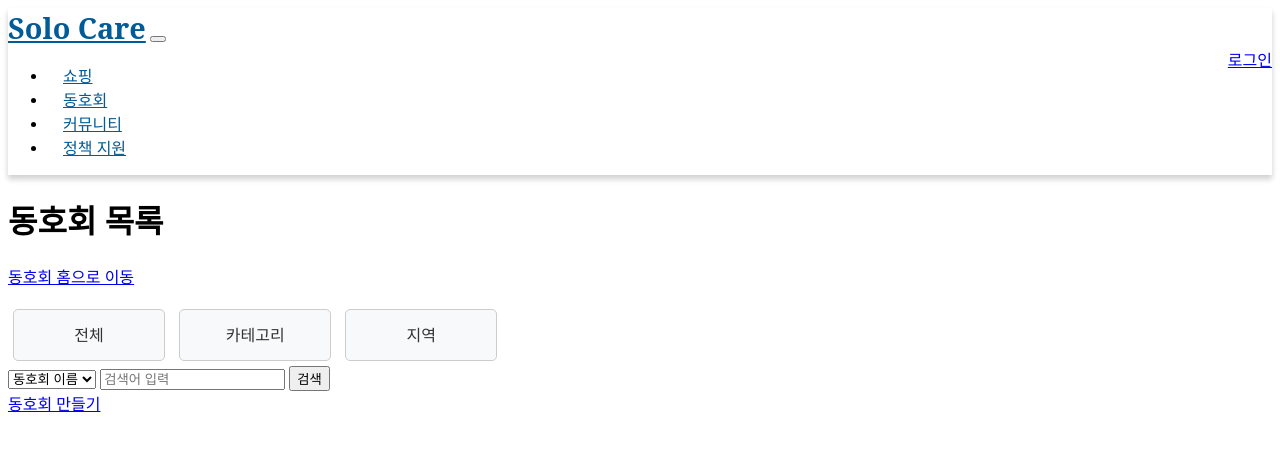
Repository: HB1112/cloud
Page: http://localhost/Solocare/WEB-INF/views/club/clubList.jsp
An editor plug-in stored every save of this project. The page is shown before and after the next save, followed by the edit.
The browser window is 1280 px wide. The pictures show the whole page.
The page is served by Tomcat 9. Nobody is signed in. The template is opened directly, without the code that normally fills it, so the values that code supplies are empty.

Above is the page before, as saved 2024-12-24 01:45:10.

After the next save:
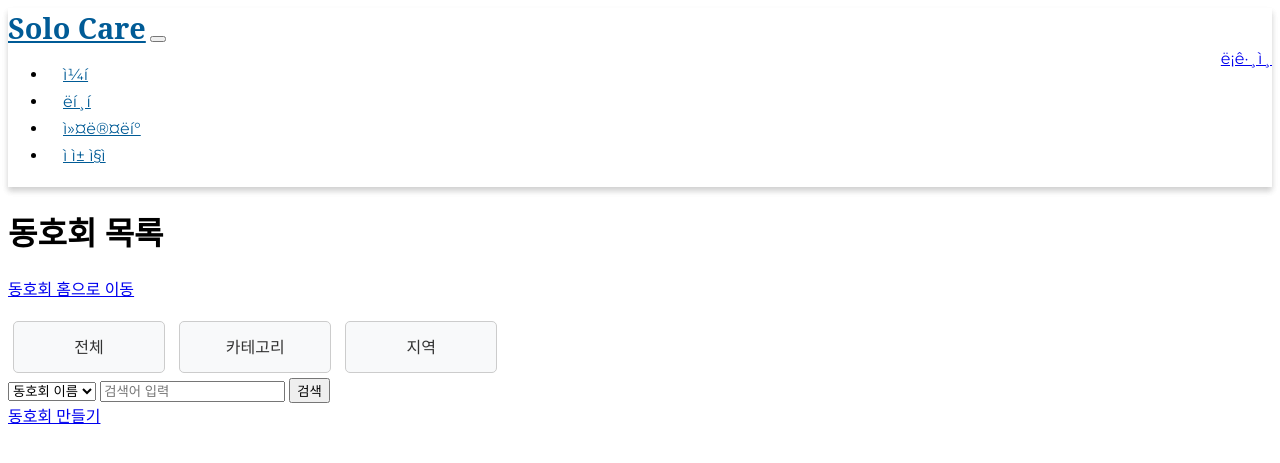
Saved 6 min 59 s later.
--- a/Solocare/src/main/webapp/WEB-INF/views/menu.jsp
+++ b/Solocare/src/main/webapp/WEB-INF/views/menu.jsp
@@ -1,4 +1,4 @@
-<%@ page contentType="text/html; charset=UTF-8" language="java" %>
+
    <style>
         body {
             font-family: 'Noto Sans', sans-serif;

After the save that followed:
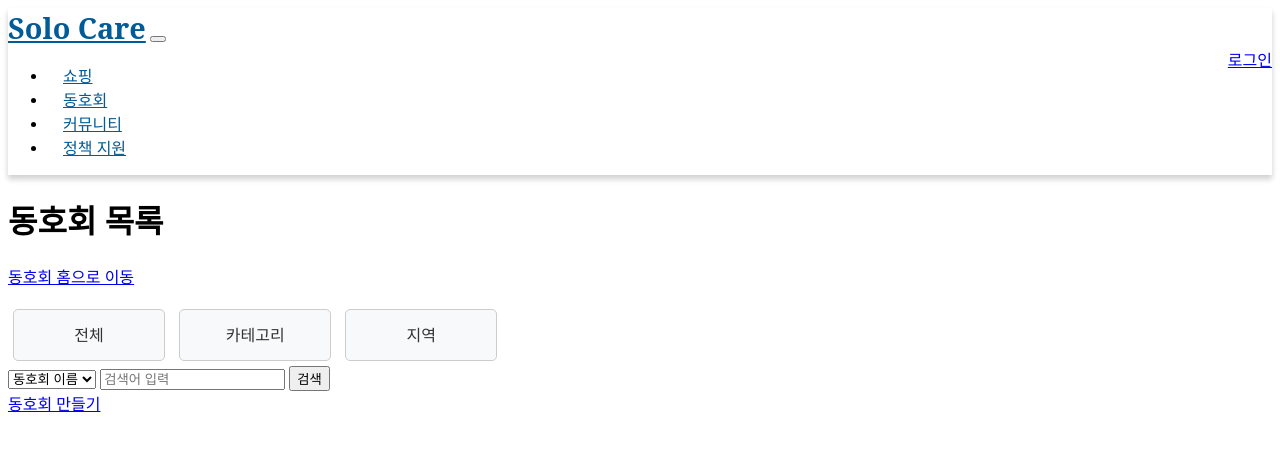
Saved 12 s later.
--- a/Solocare/src/main/webapp/WEB-INF/views/menu.jsp
+++ b/Solocare/src/main/webapp/WEB-INF/views/menu.jsp
@@ -1,4 +1,4 @@
-
+<%@ page contentType="text/html; charset=UTF-8" language="java" %>
    <style>
         body {
             font-family: 'Noto Sans', sans-serif;
